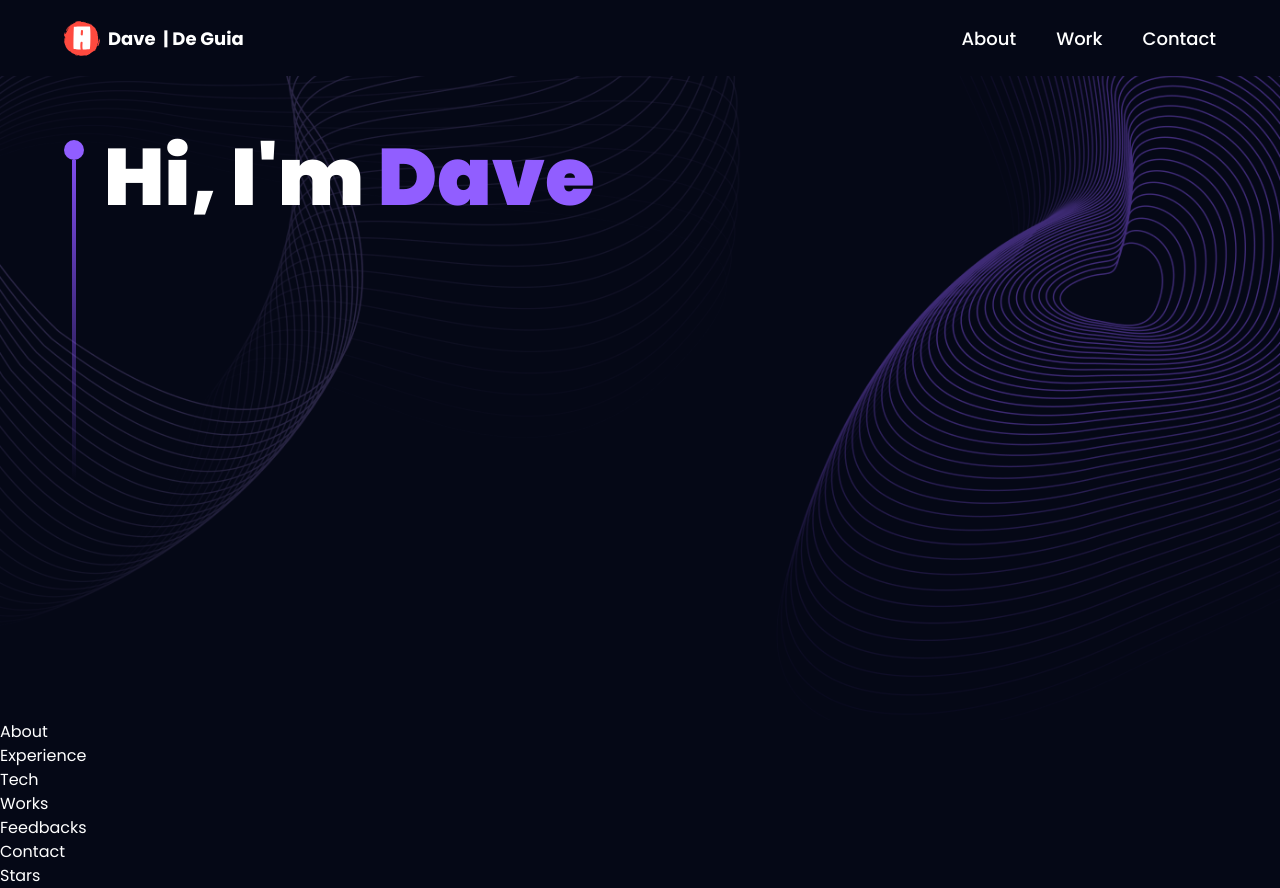
Repository: davedeguia/3d-portfolio
Page: /
The author's editor kept a copy of each file at every save. The page is drawn from the files as they stood at one save, then again after the next save.
The browser window is 1280 px wide. The pictures show the whole page.
The project was rebuilt for these pictures with package versions that can differ from the ones it lists, and the page was loaded fresh each time. Also part of the build but not shown: vite.config.js, src/components/canvas/Earth.jsx, src/components/canvas/Ball.jsx, src/components/canvas/Computers.jsx.

Above is the page before, as saved 2023-03-04 16:59:03.

### index.html
<!DOCTYPE html>
<html lang="en">
  <head>
    <meta charset="UTF-8" />
    <link rel="icon" type="image/svg+xml" href="/logo.svg" />
    <meta name="viewport" content="width=device-width, initial-scale=1.0" />
    <title>Dave | Portfolio</title>
  </head>
  <body>
    <div id="root"></div>
    <script type="module" src="/src/main.jsx"></script>
  </body>
</html>

### src/App.jsx
import { BrowserRouter } from 'react-router-dom'
import {
  About,
  Contact,
  Experience,
  Feedbacks,
  Hero,
  Navbar,
  Tech,
  Works,
  StarsCanvas,
} from './components'

const App = () => {
  return (
    <BrowserRouter>
      <div className='relative z-0 bg-primary'>
        <div className='bg-hero-pattern bg-cover bg-no-repeat bg-center'>
          <Navbar />
          <Hero />
        </div>
        <About />
        <Experience />
        <Tech />
        <Works />
        <Feedbacks />
        <div className='relative z-0'>
          <Contact />
          <StarsCanvas />
        </div>
      </div>
    </BrowserRouter>
  )
}

export default App

### src/components/Hero.jsx
import { motion } from 'framer-motion'

import { styles } from '../styles'
import { ComputersCanvas } from './canvas'

const Hero = () => {
  return (
    <section className='relative w-full h-screen mx-auto'>
      <div
        className={`${styles.paddingX} absolute inset-0 top-[120px] max-w-7xl mx-auto flex flex-row items-start gap-5`}
      >
        <div className='flex flex-col justify-center items-center mt-5'>
          <div className='w-5 h-5 rounded-full bg-[#915eff]' />
          <div className='w-1 sm:h-80 h-40 violet-gradient' />
        </div>
        <div>
          <h1 className={`${styles.heroHeadText} text-white`}>
            Hi, I'm <span className='text-[#915eff]'>Dave</span>
          </h1>
          <p></p>
        </div>
      </div>
    </section>
  )
}

export default Hero

### src/components/Navbar.jsx
import React, { useEffect, useState } from 'react'
import { Link } from 'react-router-dom'
import { styles } from '../styles'
import { navLinks } from '../constants'
import { logo, menu, close } from '../assets'

const Navbar = () => {
  const [active, setActive] = useState('')
  const [toggle, setToggle] = useState(false)

  return (
    <nav
      className={`${styles.paddingX} w-full flex items-center py-5 fixed top-0 z-20 bg-primary`}
    >
      <div className='w-full flex justify-between items-center max-w-7xl mx-auto'>
        <Link
          to='/'
          className='flex items-center gap-2'
          onClick={() => {
            setActive('')
            window.scrollTo(0, 0)
          }}
        >
          <img src={logo} alt='logo' className='w-9 h-9 object-contain' />
          <p className='text-white text-[18px] font-bold cursor-pointer flex'>
            Dave &nbsp;
            <span className='sm:block hidden'> | De Guia</span>
          </p>
        </Link>
        <ul className='list-none hidden sm:flex flex-row gap-10'>
          {navLinks.map((link) => (
            <li
              key={link.id}
              className={`${
                active === link.title ? 'text-white' : 'text-secondary'
              } hover: text-white text-[18px] font-medium cursor-pointer`}
              onClick={() => setActive(link.title)}
            >
              <a href={`#${link.id}`}>{link.title}</a>
            </li>
          ))}
        </ul>
        <div className='sm:hidden flex flex-1 justify-end items-center'>
          <img
            src={toggle ? close : menu}
            alt='menu'
            className='w-[28px] h-[28px] object-contain cursor-pointer'
            onClick={() => setToggle(!toggle)}
          />

          <div
            className={`${
              !toggle ? 'hidden' : 'flex'
            } p-6 black-gradient absolute top-20 right-0 mx-4 my-2 min-w-[140px] z-10 rounded-xl`}
          >
            <ul className='list-none flex justify-end items-start flex-col gap-4'>
              {navLinks.map((link) => (
                <li
                  key={link.id}
                  className={`${
                    active === link.title ? 'text-white' : 'text-secondary'
                  } font-poppins font-medium cursor-pointer text-[16px]`}
                  onClick={() => {
                    setToggle(!toggle)
                    setActive(link.title)
                  }}
                >
                  <a href={`#${link.id}`}>{link.title}</a>
                </li>
              ))}
            </ul>
          </div>
        </div>
      </div>
    </nav>
  )
}

export default Navbar

### src/styles.js
const styles = {
  paddingX: 'sm:px-16 px-6',
  paddingY: 'sm:py-16 py-6',
  padding: 'sm:px-16 px-6 sm:py-16 py-10',

  heroHeadText:
    'font-black text-white lg:text-[80px] sm:text-[60px] xs:text-[50px] text-[40px] lg:leading-[98px] mt-2',
  heroSubText:
    'text-[#dfd9ff] font-medium lg:text-[30px] sm:text-[26px] xs:text-[20px] text-[16px] lg:leading-[40px]',

  sectionHeadText:
    'text-white font-black md:text-[60px] sm:text-[50px] xs:text-[40px] text-[30px]',
  sectionSubText:
    'sm:text-[18px] text-[14px] text-secondary uppercase tracking-wider',
}

export { styles }

### src/constants/index.js
import {
  mobile,
  backend,
  creator,
  web,
  javascript,
  typescript,
  html,
  css,
  reactjs,
  redux,
  tailwind,
  nodejs,
  mongodb,
  git,
  figma,
  docker,
  meta,
  starbucks,
  tesla,
  shopify,
  carrent,
  jobit,
  tripguide,
  threejs,
} from '../assets'

export const navLinks = [
  {
    id: 'about',
    title: 'About',
  },
  {
    id: 'work',
    title: 'Work',
  },
  {
    id: 'contact',
    title: 'Contact',
  },
]

const services = [
  {
    title: 'Web Developer',
    icon: web,
  },
  {
    title: 'React Native Developer',
    icon: mobile,
  },
  {
    title: 'Backend Developer',
    icon: backend,
  },
  {
    title: 'Content Creator',
    icon: creator,
  },
]

const technologies = [
  {
    name: 'HTML 5',
    icon: html,
  },
  {
    name: 'CSS 3',
    icon: css,
  },
  {
    name: 'JavaScript',
    icon: javascript,
  },
  {
    name: 'TypeScript',
    icon: typescript,
  },
  {
    name: 'React JS',
    icon: reactjs,
  },
  {
    name: 'Redux Toolkit',
    icon: redux,
  },
  {
    name: 'Tailwind CSS',
    icon: tailwind,
  },
  {
    name: 'Node JS',
    icon: nodejs,
  },
  {
    name: 'MongoDB',
    icon: mongodb,
  },
  {
    name: 'Three JS',
    icon: threejs,
  },
  {
    name: 'git',
    icon: git,
  },
  {
    name: 'figma',
    icon: figma,
  },
  {
    name: 'docker',
    icon: docker,
  },
]

const experiences = [
  {
    title: 'React.js Developer',
    company_name: 'Starbucks',
    icon: starbucks,
    iconBg: '#383E56',
    date: 'March 2020 - April 2021',
    points: [
      'Developing and maintaining web applications using React.js and other related technologies.',
      'Collaborating with cross-functional teams including designers, product managers, and other developers to create high-quality products.',
      'Implementing responsive design and ensuring cross-browser compatibility.',
      'Participating in code reviews and providing constructive feedback to other developers.',
    ],
  },
  {
    title: 'React Native Developer',
    company_name: 'Tesla',
    icon: tesla,
    iconBg: '#E6DEDD',
    date: 'Jan 2021 - Feb 2022',
    points: [
      'Developing and maintaining web applications using React.js and other related technologies.',
      'Collaborating with cross-functional teams including designers, product managers, and other developers to create high-quality products.',
      'Implementing responsive design and ensuring cross-browser compatibility.',
      'Participating in code reviews and providing constructive feedback to other developers.',
    ],
  },
  {
    title: 'Web Developer',
    company_name: 'Shopify',
    icon: shopify,
    iconBg: '#383E56',
    date: 'Jan 2022 - Jan 2023',
    points: [
      'Developing and maintaining web applications using React.js and other related technologies.',
      'Collaborating with cross-functional teams including designers, product managers, and other developers to create high-quality products.',
      'Implementing responsive design and ensuring cross-browser compatibility.',
      'Participating in code reviews and providing constructive feedback to other developers.',
    ],
  },
  {
    title: 'Full stack Developer',
    company_name: 'Meta',
    icon: meta,
    iconBg: '#E6DEDD',
    date: 'Jan 2023 - Present',
    points: [
      'Developing and maintaining web applications using React.js and other related technologies.',
      'Collaborating with cross-functional teams including designers, product managers, and other developers to create high-quality products.',
      'Implementing responsive design and ensuring cross-browser compatibility.',
      'Participating in code reviews and providing constructive feedback to other developers.',
    ],
  },
]

const testimonials = [
  {
    testimonial:
      'I thought it was impossible to make a website as beautiful as our product, but Rick proved me wrong.',
    name: 'Sara Lee',
    designation: 'CFO',
    company: 'Acme Co',
    image: 'https://randomuser.me/api/portraits/women/4.jpg',
  },
  {
    testimonial:
      "I've never met a web developer who truly cares about their clients' success like Rick does.",
    name: 'Chris Brown',
    designation: 'COO',
    company: 'DEF Corp',
    image: 'https://randomuser.me/api/portraits/men/5.jpg',
  },
  {
    testimonial:
      "After Rick optimized our website, our traffic increased by 50%. We can't thank them enough!",
    name: 'Lisa Wang',
    designation: 'CTO',
    company: '456 Enterprises',
    image: 'https://randomuser.me/api/portraits/women/6.jpg',
  },
]

const projects = [
  {
    name: 'Car Rent',
    description:
      'Web-based platform that allows users to search, book, and manage car rentals from various providers, providing a convenient and efficient solution for transportation needs.',
    tags: [
      {
        name: 'react',
        color: 'blue-text-gradient',
      },
      {
        name: 'mongodb',
        color: 'green-text-gradient',
      },
      {
        name: 'tailwind',
        color: 'pink-text-gradient',
      },
    ],
    image: carrent,
    source_code_link: 'https://github.com/',
  },
  {
    name: 'Job IT',
    description:
      'Web application that enables users to search for job openings, view estimated salary ranges for positions, and locate available jobs based on their current location.',
    tags: [
      {
        name: 'react',
        color: 'blue-text-gradient',
      },
      {
        name: 'restapi',
        color: 'green-text-gradient',
      },
      {
        name: 'scss',
        color: 'pink-text-gradient',
      },
    ],
    image: jobit,
    source_code_link: 'https://github.com/',
  },
  {
    name: 'Trip Guide',
    description:
      'A comprehensive travel booking platform that allows users to book flights, hotels, and rental cars, and offers curated recommendations for popular destinations.',
    tags: [
      {
        name: 'nextjs',
        color: 'blue-text-gradient',
      },
      {
        name: 'supabase',
        color: 'green-text-gradient',
      },
      {
        name: 'css',
        color: 'pink-text-gradient',
      },
    ],
    image: tripguide,
    source_code_link: 'https://github.com/',
  },
]

export { services, technologies, experiences, testimonials, projects }

### src/assets/index.js
import logo from "./logo.svg";
import backend from "./backend.png";
import creator from "./creator.png";
import mobile from "./mobile.png";
import web from "./web.png";
import github from "./github.png";
import menu from "./menu.svg";
import close from "./close.svg";

import css from "./tech/css.png";
import docker from "./tech/docker.png";
import figma from "./tech/figma.png";
import git from "./tech/git.png";
import html from "./tech/html.png";
import javascript from "./tech/javascript.png";
import mongodb from "./tech/mongodb.png";
import nodejs from "./tech/nodejs.png";
import reactjs from "./tech/reactjs.png";
import redux from "./tech/redux.png";
import tailwind from "./tech/tailwind.png";
import typescript from "./tech/typescript.png";
import threejs from "./tech/threejs.svg";

import meta from "./company/meta.png";
import shopify from "./company/shopify.png";
import starbucks from "./company/starbucks.png";
import tesla from "./company/tesla.png";

import carrent from "./carrent.png";
import jobit from "./jobit.png";
import tripguide from "./tripguide.png";

export {
  logo,
  backend,
  creator,
  mobile,
  web,
  github,
  menu,
  close,
  css,
  docker,
  figma,
  git,
  html,
  javascript,
  mongodb,
  nodejs,
  reactjs,
  redux,
  tailwind,
  typescript,
  threejs,
  meta,
  shopify,
  starbucks,
  tesla,
  carrent,
  jobit,
  tripguide,
};

### tailwind.config.cjs
/** @type {import('tailwindcss').Config} */
module.exports = {
  content: ['./src/**/*.{js,jsx}'],
  mode: 'jit',
  theme: {
    extend: {
      colors: {
        primary: '#050816',
        secondary: '#aaa6c3',
        tertiary: '#151030',
        'black-100': '#100d25',
        'black-200': '#090325',
        'white-100': '#f3f3f3',
      },
      boxShadow: {
        card: '0px 35px 120px -15px #211e35',
      },
      screens: {
        xs: '450px',
      },
      backgroundImage: {
        'hero-pattern': "url('/src/assets/herobg.png')",
      },
    },
  },
  plugins: [],
}

Loaded but not shown: src/main.jsx (common file); src/index.css (common file); src/components/index.js (common file); src/components/canvas/index.js (common file); src/components/About.jsx (common file); src/components/Tech.jsx (common file); src/components/Experience.jsx (common file); src/components/Works.jsx (common file); src/components/Feedbacks.jsx (common file); src/components/Contact.jsx (common file); src/components/canvas/Stars.jsx (common file)

After the next save:
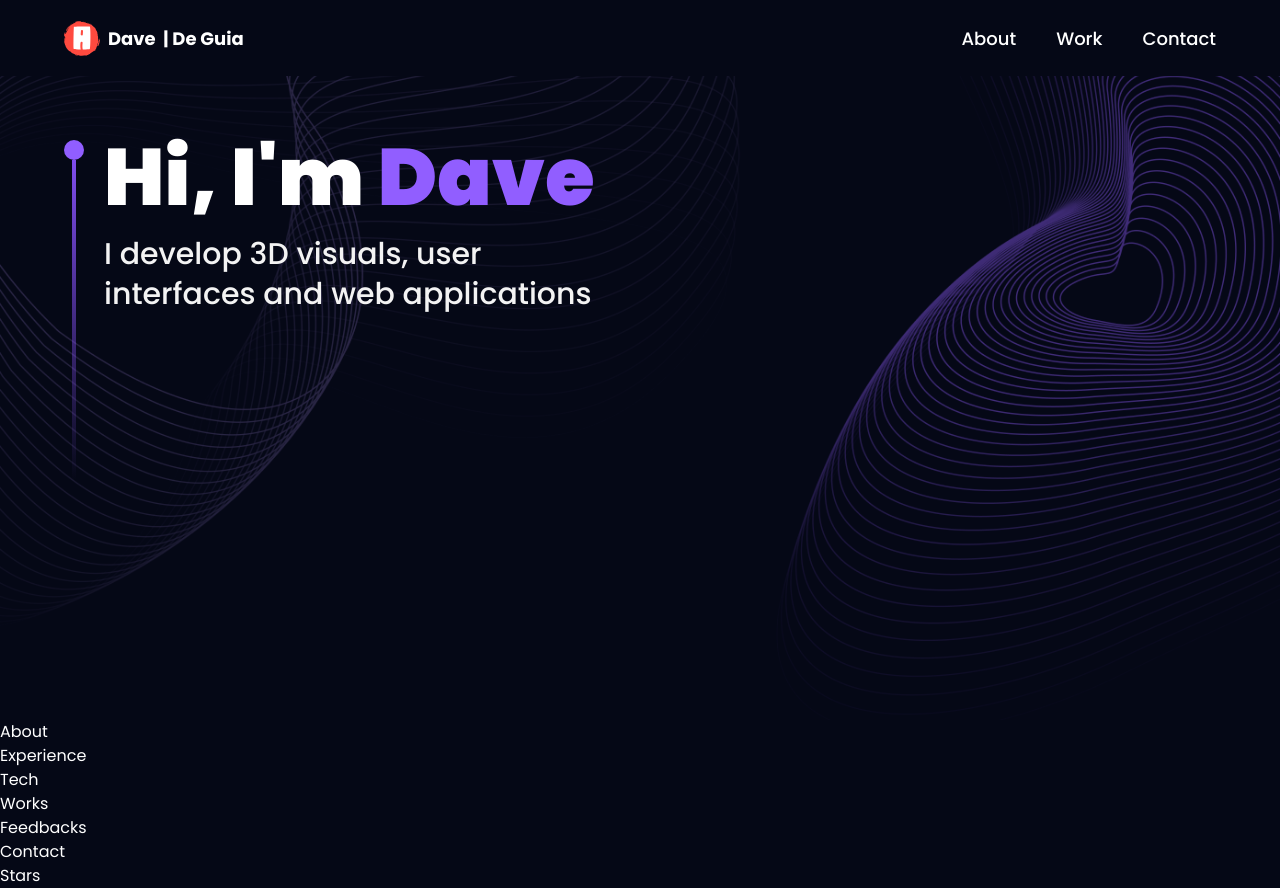
Saved 116 s later.
--- a/src/components/Hero.jsx
+++ b/src/components/Hero.jsx
@@ -17,7 +17,10 @@
           <h1 className={`${styles.heroHeadText} text-white`}>
             Hi, I'm <span className='text-[#915eff]'>Dave</span>
           </h1>
-          <p></p>
+          <p className={`${styles.heroSubText} mt-2 text-white-100`}>
+            I develop 3D visuals, user <br className='sm:block hidden' />
+            interfaces and web applications
+          </p>
         </div>
       </div>
     </section>
